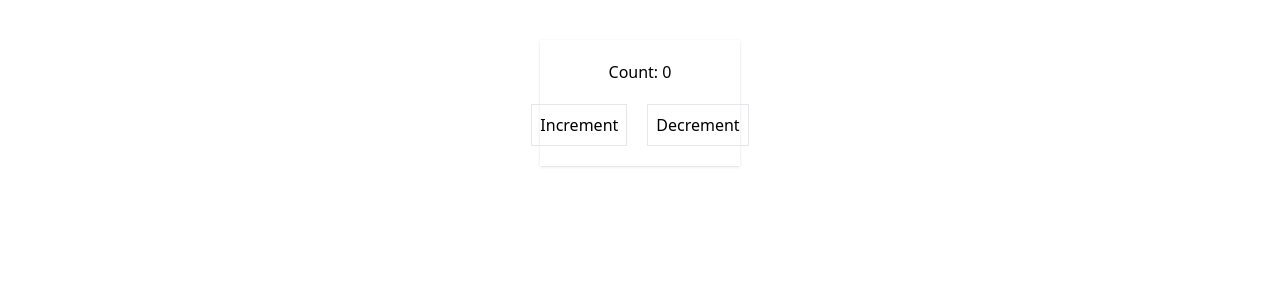
Repository: ngothiep2412/react-redux-course
Page: /
These files come from the project's save history. The page is drawn as it stood at one moment and after the next save; the edit follows.
The browser window is 1280 px wide. The pictures show the whole page.
The project was rebuilt for these pictures with package versions that can differ from the ones it lists, and the page was loaded fresh each time. Also part of the build but not shown: src/App.css.

Above is the page before, as saved 2022-08-08 21:16:56.

After the next save:
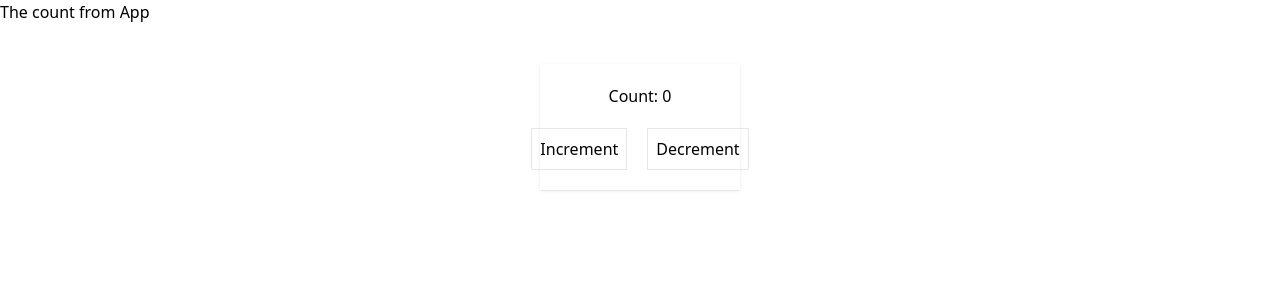
Saved 11 s later.
--- a/src/App.js
+++ b/src/App.js
@@ -5,6 +5,7 @@ import Couter from "./components/Couter";
 function App() {
   return (
     <div>
+      <h2>The count from App</h2>
       <Couter></Couter>
     </div>
   );
